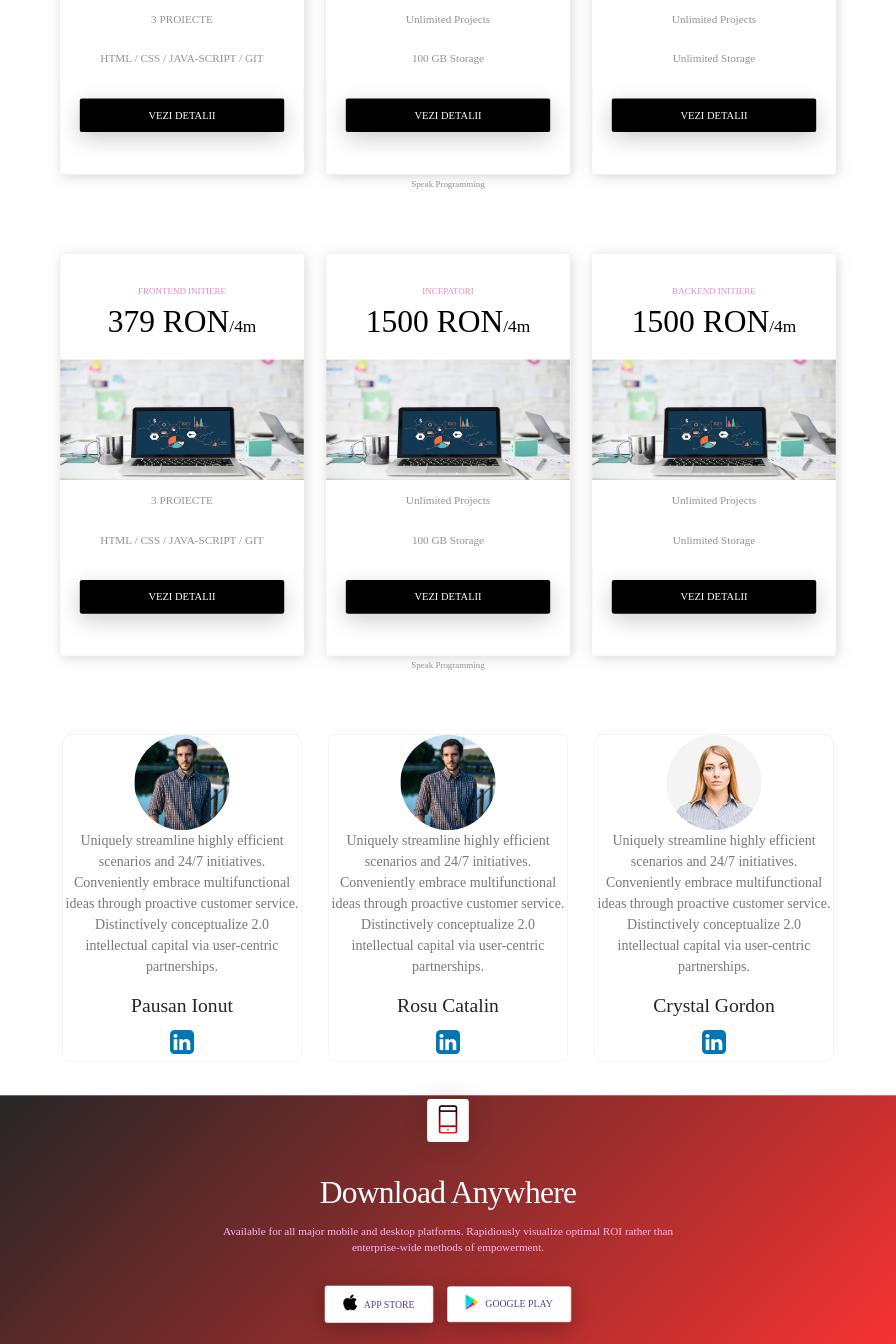
Repository: RosuCatalinDorin/ITSchool
Page: home-page/index.html
The author's editor kept a copy of each file at every save. The page is drawn from the files as they stood at one save, then again after the next save.
The browser window is 1280 px wide. The pictures show the part of the page from y = 1104 to 3024 px (the page is 4211 px tall before and 4283 px after), at 70% of full size.
Some web libraries are served in a nearby version.

Above is the page before, as saved 2019-03-13 18:26:41.

After the next save:
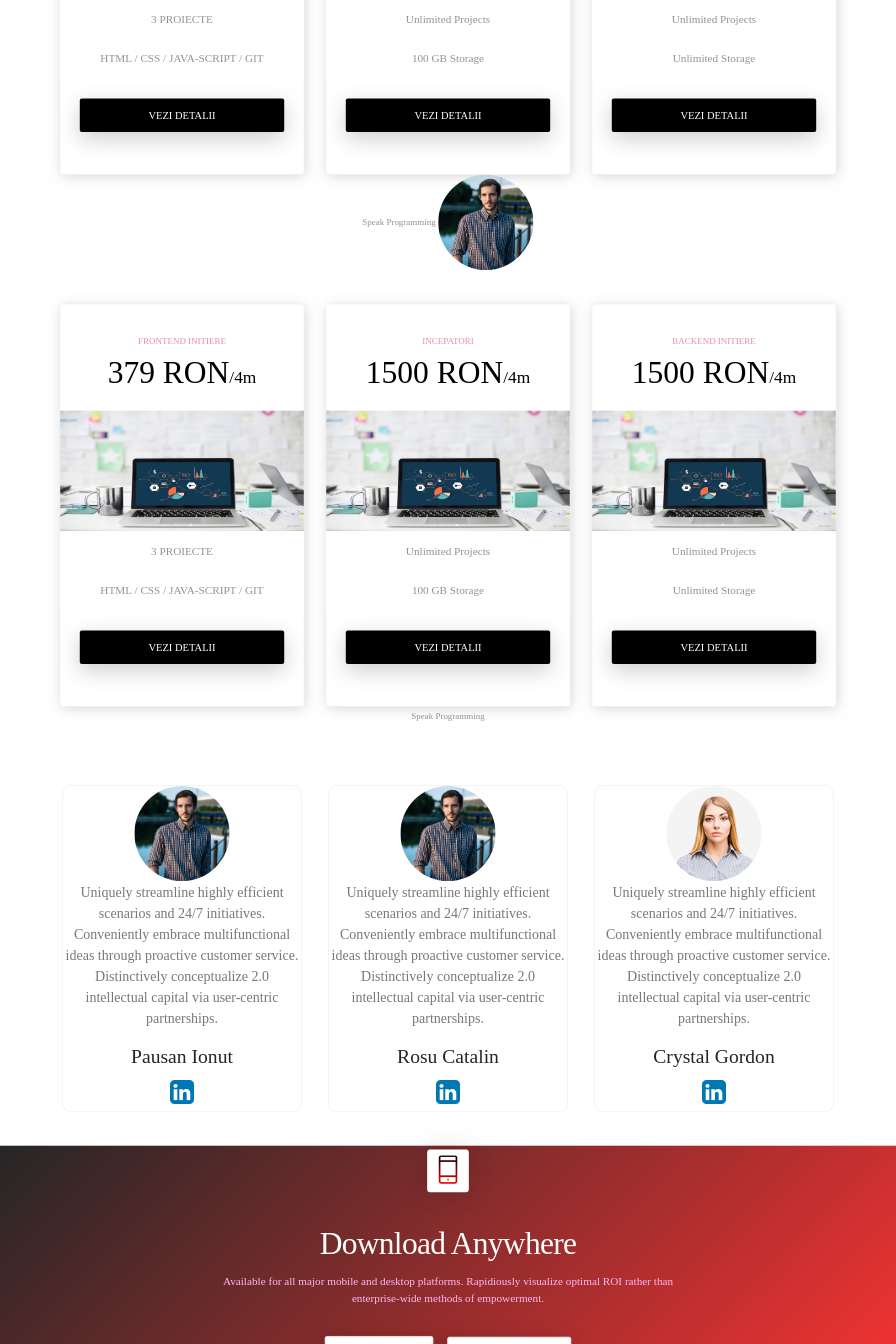
Saved 84 s later.
--- a/home-page/index.html
+++ b/home-page/index.html
@@ -140,7 +140,7 @@
         <div class="container">
                 <div class="section-title">
                     <small>Speak Programming</small>
-                    <h3>Cursuri</h3>
+                    <img src="../images/pozaIonutPausan.jpg" class="rounded-circle" alt="Cinque Terre" width="136" height="136">
                 </div>
                 <div class="card-deck">
                     <div class="card pricing">
